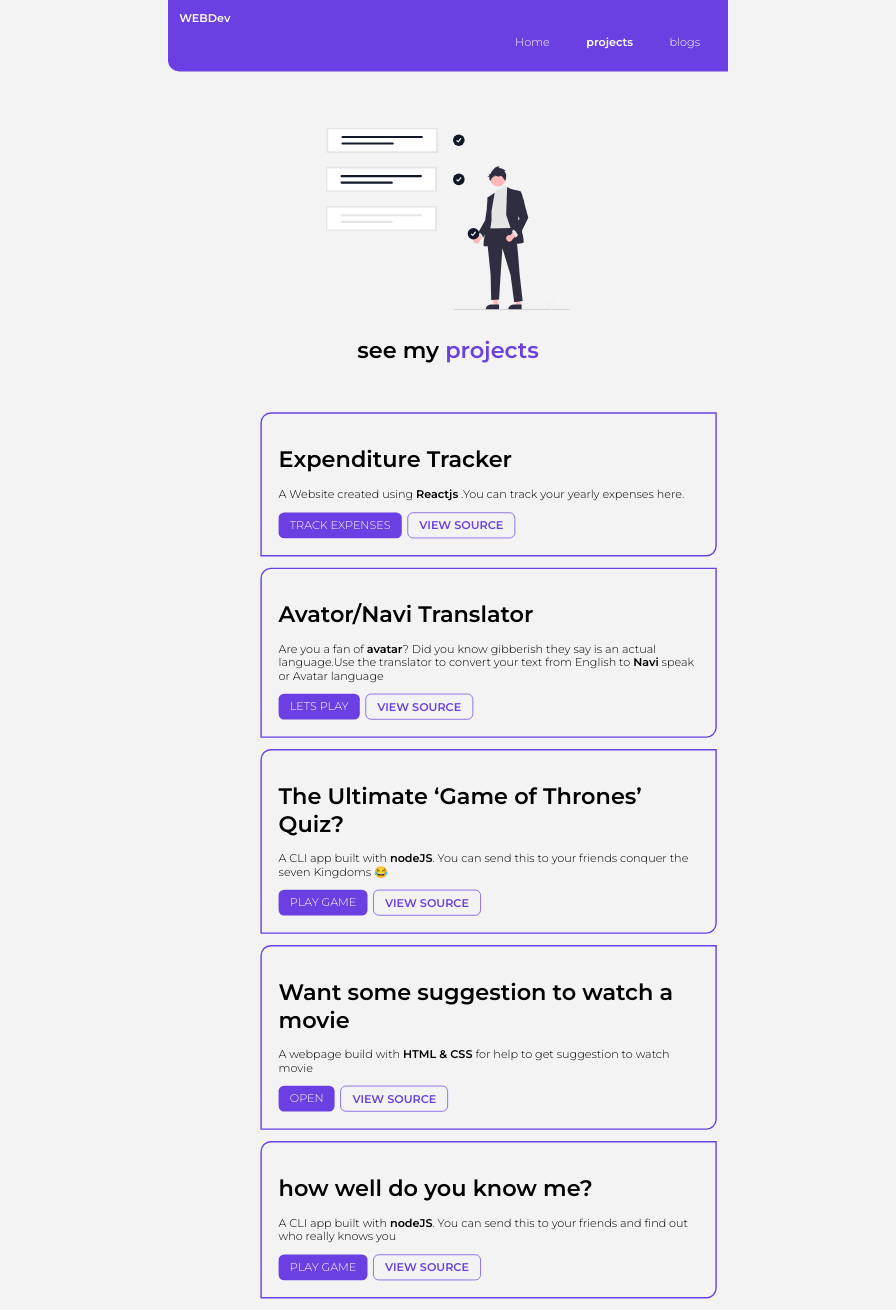
Repository: sohan2503001/Portfolio
Page: projects.html
These files come from the project's save history. The page is drawn as it stood at one moment and after a run of saves; the edit follows.
The browser window is 1280 px wide. The pictures show the whole page, at 70% of full size.

Above is the page before, as saved 2021-05-26 11:39:40.

### projects.html
<!DOCTYPE html>
<html lang="en">

<head>
  <meta charset="UTF-8" />
  <meta name="viewport" content="width=device-width, initial-scale=1.0" />
  <title>Projects | Sohan</title>
  <link rel="stylesheet" href="style.css" />
  <link rel="icon" href="images/favicon.svg" sizes="any" type="image/svg+xml">
</head>

<body>
  <nav class="navigation container">
    <div class="nav-brand">WEBDev</div>
    <ul class="list-non-bullet nav-pills">
      <li class="list-item-inline">
        <a class="link" href="/">Home</a>
      </li>
      <li class="list-item-inline">
        <a class="link link-active" href="projects.html">projects</a>
      </li>
      <li class="list-item-inline">
        <a class="link" href="blogs.html">blogs</a>
      </li>
    </ul>
  </nav>

  <header class="hero">
    <img class="hero-img" src="images/pro.svg" alt="" />
    <h1 class="hero-heading">
      see my<span class="heading-inverted"> projects</span>
    </h1>
  </header>


  <ol class="list list-non-bullet">


    <div class="container container-center box-contain">
      <li>
        <h1>Expenditure Tracker</h1>
        <p>
          A Website created using <strong>Reactjs</strong> .You can track your yearly expenses here.
        </p>

        <div class="link-button">
          <a class="link link-primary name-link" href="https://expenditure-tracker.netlify.app/"
          target="_blank">TRACK EXPENSES</a>
        <a class="link link-secondary" href="https://github.com/sohan2503001/Expenditure-Tracker" target="_blank">VIEW
          SOURCE</a>
        </div>
      </li>
    </div>


    <div class="container container-center box-contain">
      <li>
        <h1>Avator/Navi Translator </h1>
        <p>
          Are you a fan of <strong>avatar</strong>? Did you know gibberish they say is an actual
          language.Use the translator to convert your text from English to <strong>Navi</strong>
          speak or Avatar language
        </p>

        <div class="link-button">
          <a class="link link-primary name-link" href="https://avator-speak.netlify.app/"
          target="_blank">LETS PLAY</a>
        <a class="link link-secondary" href="https://github.com/sohan2503001/Avator-speak" target="_blank">VIEW
          SOURCE</a>
        </div>
      </li>
    </div>


    <div class="container container-center box-contain">
      <li>
        <h1>The Ultimate ‘Game of Thrones’ Quiz?</h1>
        <p>
          A CLI app built with <strong>nodeJS</strong>. You can send this to
          your friends conquer the seven Kingdoms 😂
        </p>

        <div class="link-button">
          <a class="link link-primary name-link" href="https://replit.com/@Sohan250301/GameofThronesQuiz?embed=1&output=1#index.js"
          target="_blank">PLAY GAME</a>
        <a class="link link-secondary" href="https://github.com/sohan2503001/GOTQuiz" target="_blank">VIEW SOURCE</a>
        </div>
      </li>
    </div>


    <div class="container container-center box-contain">
      <li>
        <h1>Want some suggestion to watch a movie</h1>
        <p>
          A webpage build with <strong>HTML & CSS </strong> for help to get suggestion to watch movie
        </p>

        <div class="link-button">
          <a class="link link-primary name-link" href="https://moviesreview.netlify.app/" target="_blank">OPEN</a>
        <a class="link link-secondary" href="https://github.com/sohan2503001/MovieSuggestion" target="_blank">VIEW
          SOURCE</a>
        </div>
      </li>
    </div>


    <div class="container container-center box-contain">
      <li>
        <h1>how well do you know me?</h1>
        <p>
          A CLI app built with <strong>nodeJS</strong>. You can send this to
          your friends and find out who really knows you
        </p>

        <div class="link-button">
          <a class="link link-primary name-link" href="https://replit.com/@Sohan250301/How-much-you-know-me?embed=1&output=1"
          target="_blank">PLAY GAME</a>
        <a class="link link-secondary" href="https://github.com/sohan2503001/Quiz1" target="_blank">VIEW SOURCE</a>
        </div>
      </li>
    </div>


  </ol>
  <script src="code.js"></script>
</body>

</html>

### style.css
@import url('https://fonts.googleapis.com/css2?family=Montserrat:wght@300;600&display=swap');

:root{
    --primary-color: #6b40e2;
    --dark-gray: #7E7F83;
    --off-white: #709ab3;
}

body {
    font-family: 'Montserrat', sans-serif;
    margin: auto;
    max-width: 800px;
    width: 100%;
    background-color: #F3F3F4;
}

hr{
    margin: 2rem 0rem;
}

/** container **/
.container{
    padding: 0rem 1rem;
}

.container-center{
    max-width: 600px;
    margin: auto;
}

/** links **/
.link{
    text-decoration: none;
    padding: 0.5rem 1rem;
    /*margin: 1rem 0rem 1rem 0rem;*/
}

.link-primary{
    background-color: var(--primary-color);
    border-radius: 0.5rem;
    color:white;
}

.link-secondary{
    color: var(--primary-color);
    border-radius: 0.5rem;
    border: 1px solid var(--primary-color);
    font-weight: bold;
}

/** lists **/

.list-non-bullet{
    list-style: none;
}

.list-item-inline{
    display: inline;
    padding: 0rem 0.5rem;
}

/** navigation **/

.navigation{
    background-color: var(--primary-color);
    color: white;
    padding: 1rem;
    border-bottom-left-radius: 1rem;
}

.navigation .nav-brand{
    font-weight: bold;
}

.navigation .nav-pills{
    text-align: right;
}

.navigation .link{
    color: white;
}

.navigation .link-active{
    font-weight: bold;
}

/**header **/

.hero{
    padding: 2rem;
    padding-top: 5rem;
}

.hero .hero-img{
    max-width: 350px;
    display: block;
    margin: auto;
}

.hero .hero-heading{
    padding-top: 1rem;
    color: var(--dark-red);
    text-align: center;
}

.hero .hero-heading .heading-inverted{
    color: var(--primary-color)
}

/** section **/
.section{
    padding: 1rem;
    border-radius: 15px;
    margin: 2rem;
}

.section h1{
    text-align: center;
    font-weight: bolder;
}

.ow {
    background-color: var(--off-white);
}

.section p{
    font-weight: bold;
}

/**footer **/

.footer{
    background-color: var(--primary-color);
    padding: 1rem;
    text-align: center;
    color: white;
    border-top-right-radius: 1rem;
}

.footer .link{
    color: white;
}

.footer .footer-header{
    font-weight: bold;
    font-size: large;
}

.footer ul{
    padding-inline-start: 0px;
}

/**Projects**/
.box-contain{
    border: 2px solid var(--primary-color);
    padding: 1.5rem;
    border-top-left-radius: 15px;
    border-bottom-right-radius: 15px;
    margin: auto;
    margin-top: 1rem;
    margin-right: 1rem;
}

.link-button{
    display: flex;
}

.name-link{
    margin-right: 0.5rem;
}

### code.js
function myFunction() {
    var element = document.body;
    element.classList.toggle("dark-mode");
}

After the next 8 saves:
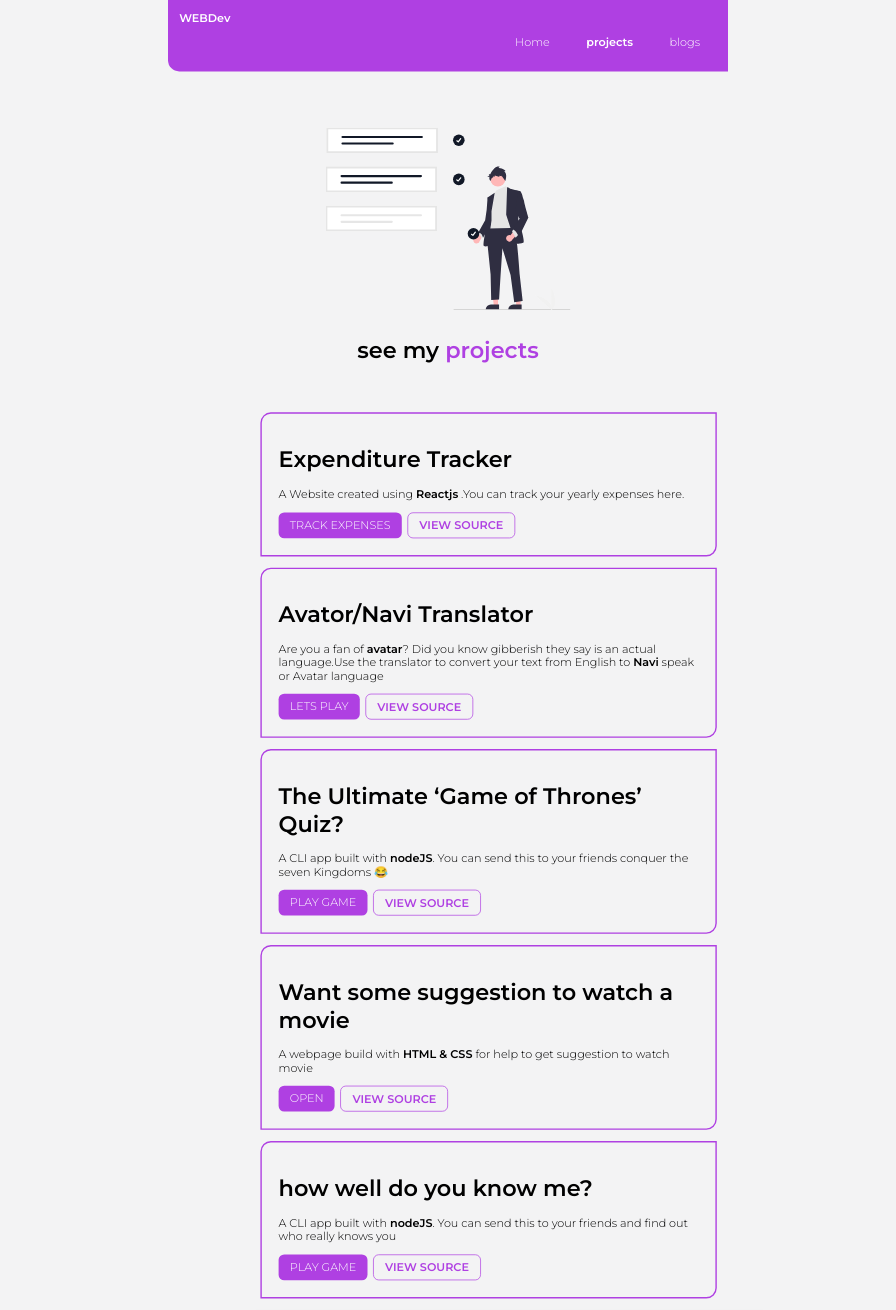
The 8 saves are shown as one change because they came seconds apart.
The last was saved 20 s later.
--- a/style.css
+++ b/style.css
@@ -1,7 +1,7 @@
 @import url('https://fonts.googleapis.com/css2?family=Montserrat:wght@300;600&display=swap');
 
 :root{
-    --primary-color: #6b40e2;
+    --primary-color: #af40e2;
     --dark-gray: #7E7F83;
     --off-white: #709ab3;
 }
